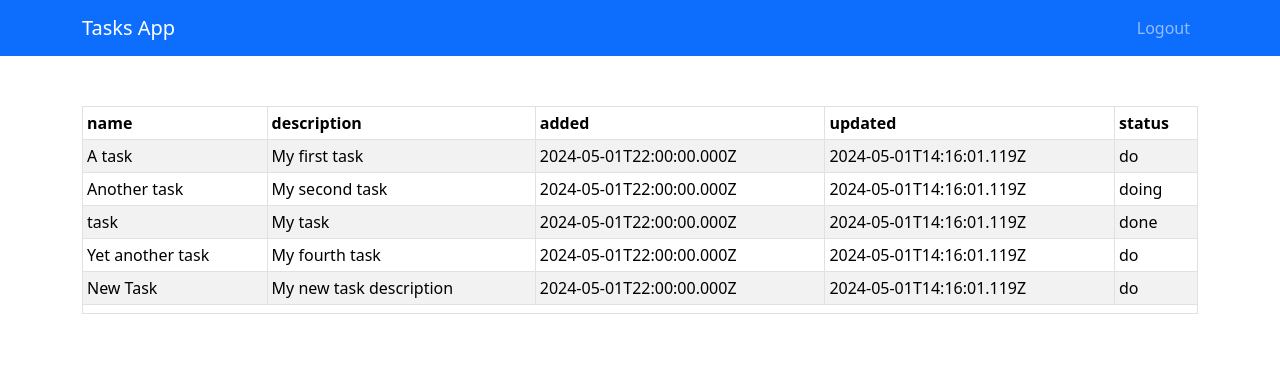
Repository: trider/react-task-app
Page: /tasks
The author's editor kept a copy of each file at every save. The page is drawn from the files as they stood at one save, then again after a run of saves.
The browser window is 1280 px wide. The pictures show the whole page.
The project was rebuilt for these pictures with package versions that can differ from the ones it lists, and the page was loaded fresh each time. Also part of the build but not shown: src/pages/Login.js.

Above is the page before, as saved 2024-05-02 18:08:07.

After the next 2 saves:
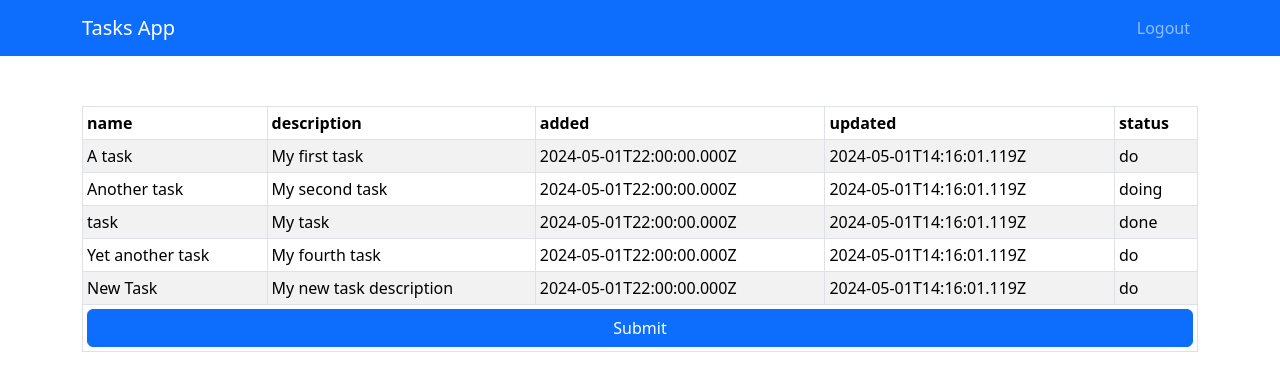
The 2 saves are shown as one change because 1 did not build or start.
The last was saved 31 s later.
--- a/src/pages/Task.js
+++ b/src/pages/Task.js
@@ -2,6 +2,7 @@ import Table from 'react-bootstrap/Table';
 import Container from 'react-bootstrap/Container';
 import Nav from 'react-bootstrap/Nav';
 import Navbar from 'react-bootstrap/Navbar';
+import Button from 'react-bootstrap/Button';
 import NavDropdown from 'react-bootstrap/NavDropdown';
 
 const userTasks= [
@@ -98,6 +99,9 @@ const TaskTable = () => {
       <tfoot>
         <tr>
           <td colSpan={tableCols.length}>
+          <div className="d-grid gap-2">
+          <Button variant="primary" type="submit" >Submit</Button>
+        </div>
           </td>
         </tr>
       </tfoot>
